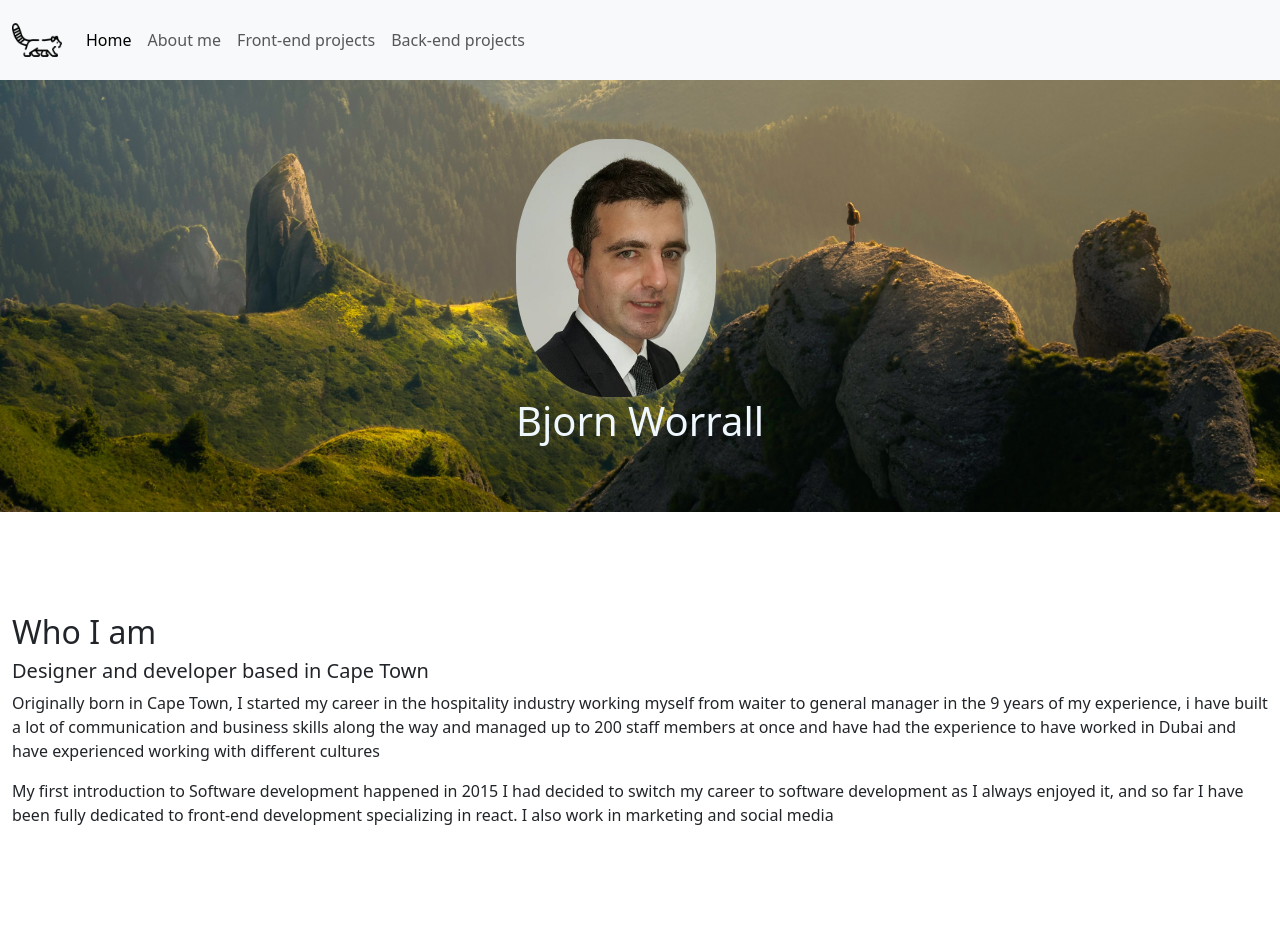
Repository: lasity34/portfolio
Page: index.html
An editor plug-in stored every save of this project. The page is shown before and after the next save, followed by the edit.
The browser window is 1280 px wide. The pictures show the whole page.
Backgrounds fixed to the window are drawn as part of the page.

Above is the page before, as saved 2023-03-13 15:58:39.

After the next save:
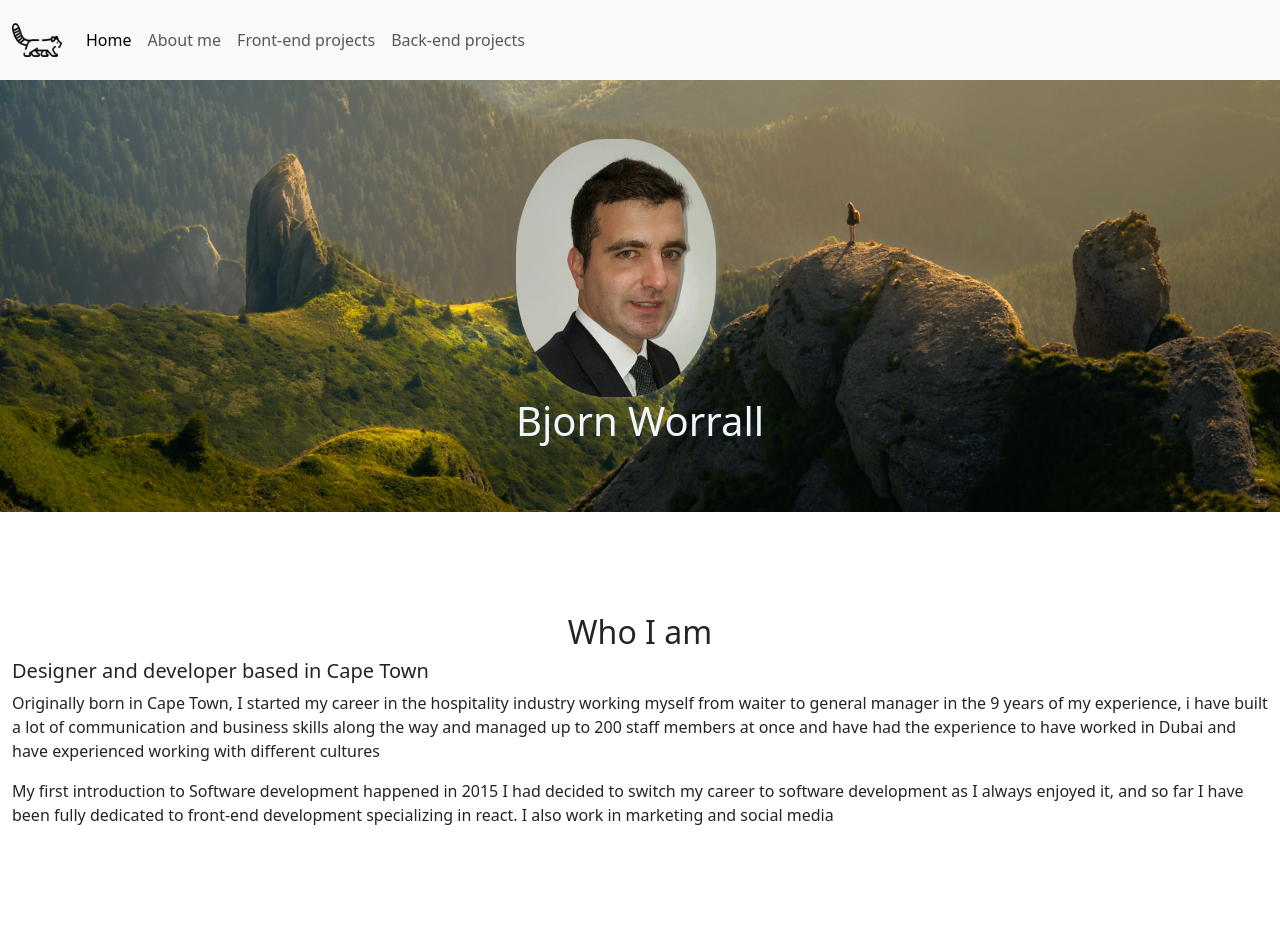
Saved 49 s later.
--- a/styles.css
+++ b/styles.css
@@ -59,3 +59,7 @@ body, html {
 
 
 /* Description */
+
+#about_me h2 {
+    text-align: center;
+}
